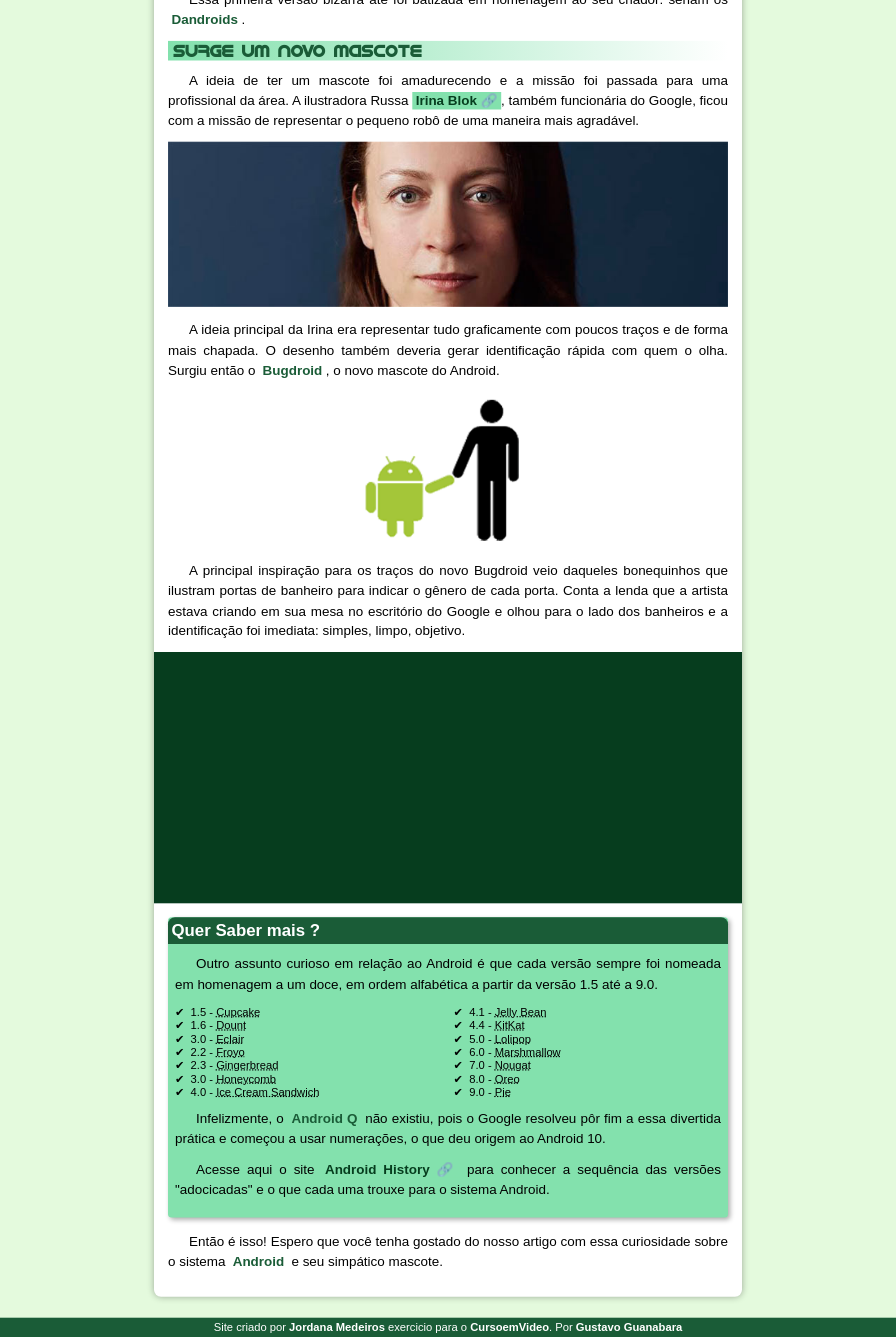
Repository: Iamjordana/html-css
Page: Html Css/Exercicios/Desafios/desafio site/index.html
The author's editor kept a copy of each file at every save. The page is drawn from the files as they stood at one save, then again after a run of saves.
The browser window is 1280 px wide. The pictures show the part of the page from y = 929 to 2849 px (the page is 2839 px tall before and 2849 px after), at 70% of full size.
Pictures or frames that could not be fetched are drawn as grey boxes.

Above is the page before, as saved 2025-04-11 10:00:37.

After the next 3 saves:
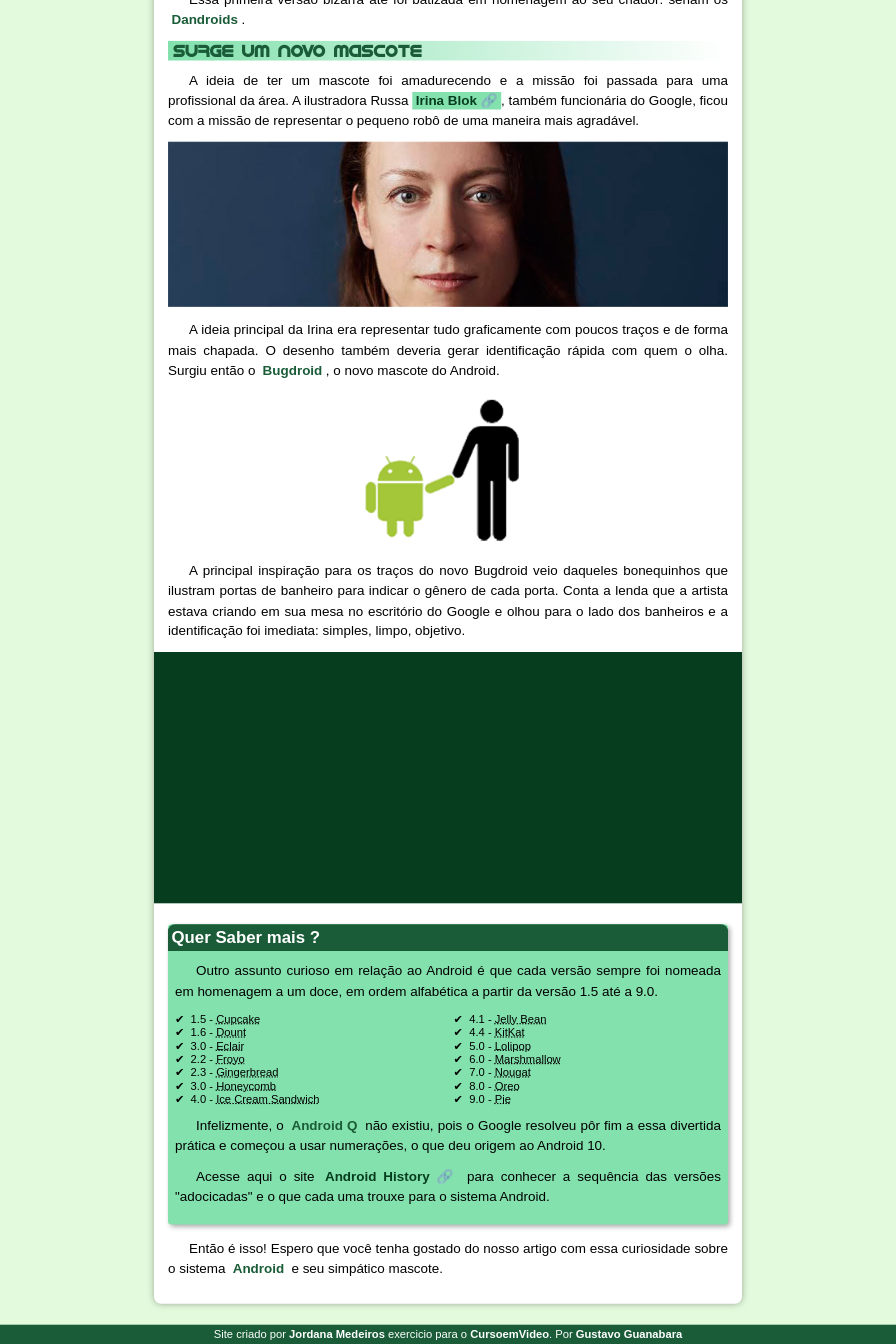
The 3 saves are shown as one change because they came seconds apart.
The last was saved 7 s later.
--- a/Html Css/Exercicios/Desafios/desafio site/css/style.css
+++ b/Html Css/Exercicios/Desafios/desafio site/css/style.css
@@ -151,8 +151,9 @@
 
 div.video{
     background-color: var(--cor5);
-    margin: 0px -20px;
+    margin: 0px -20px 30px -20px;
     padding: 20px;
+
 }
 
 aside{
